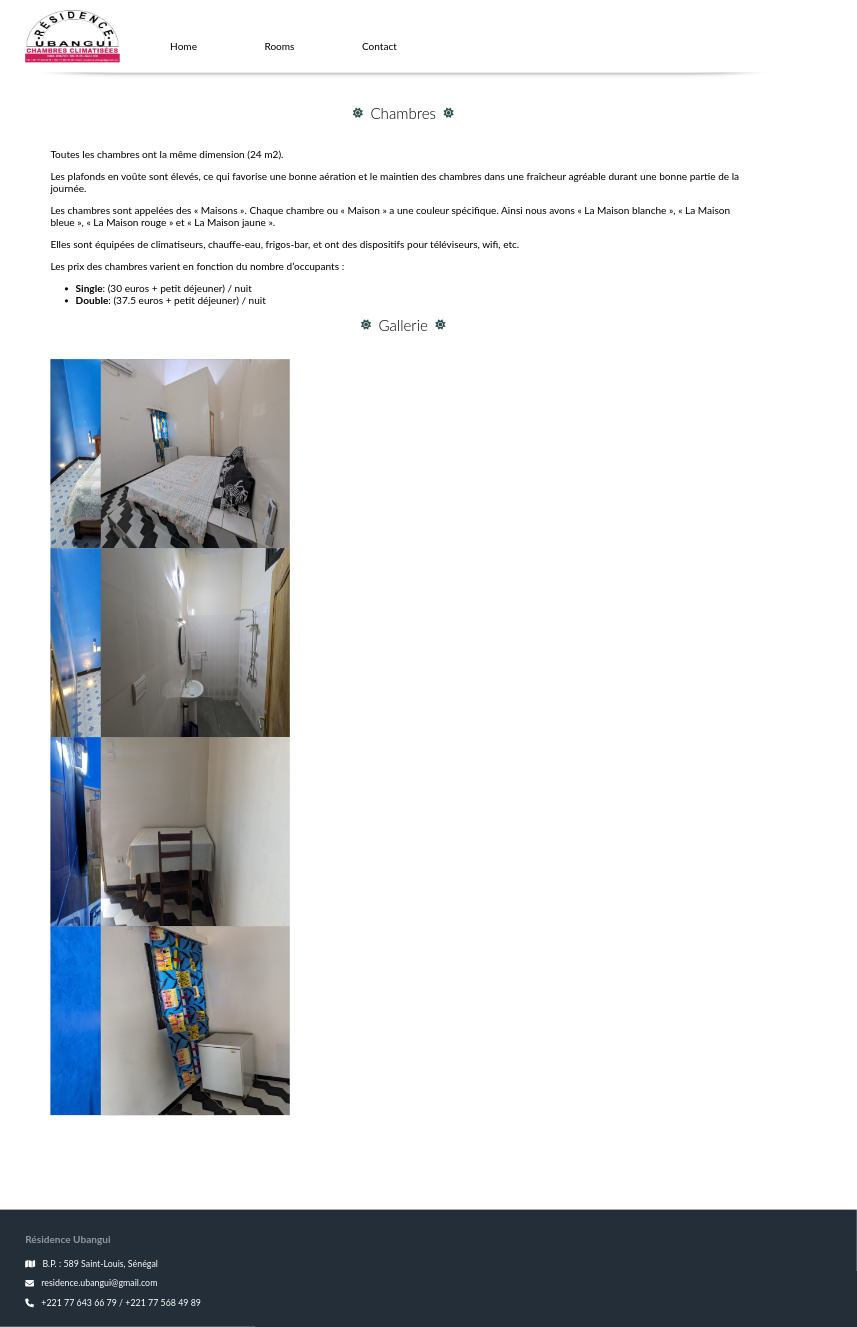
Repository: Nedjim/ubangui
Page: /rooms
An editor plug-in stored every save of this project. The page is shown before and after the next save, followed by the edit.
The browser window is 1280 px wide. The page is 1360 px wide, so the pictures cover 1360 px, including what lies to the right of the window. The pictures show the whole page, at 63% of full size.
The project was rebuilt for these pictures with package versions that can differ from the ones it lists, and the page was loaded fresh each time. The framework's server and built-in components were replaced by stand-ins that run in the browser. Also part of the build but not shown: nuxt.config.ts, components/Carousel.vue, components/Test.vue, components/Title.vue.

Above is the page before, as saved 2024-01-14 14:06:31.

### components/Footer.vue
<script setup lang="ts">
const address = "B.P. : 589 Saint-Louis, Sénégal";
const mail = "residence.ubangui@gmail.com";
const phone_number = "+221 77 643 66 79 / +221 77 568 49 89";
</script>

<template>
  <div>
    <footer>
      <h4>Résidence Ubangui</h4>

      <div class="contact">
        <p>
          <font-awesome-icon class="icon" icon="fa-solid fa-map" />
          {{ address }}
        </p>
        <p>
          <font-awesome-icon class="icon" icon="fa-solid fa-envelope" />

          {{ mail }}
        </p>
        <p>
          <font-awesome-icon class="icon" icon="fa-solid fa-phone" />
          {{ phone_number }}
        </p>
      </div>
    </footer>
  </div>
</template>

<style scoped lang="scss">
footer {
  width: 100%;
  padding: 16px 40px;
  margin-top: 80px;
  background: #232e39;
  color: rgba(255, 255, 255, 0.5);

  .contact {
    color: white;
    font-size: 14px;

    .icon {
      margin-right: 8px;
    }
  }
}
</style>

### components/Header.vue
<template>
  <header>
    <nav>
      <img class="logo" src="~/assets/img/logo.jpg" alt="logo-ubangui" />
      <ul>
        <li><NuxtLink to="/home">Home</NuxtLink></li>
        <li><NuxtLink to="/rooms">Rooms</NuxtLink></li>
        <li><NuxtLink to="/contact">Contact</NuxtLink></li>
      </ul>
    </nav>
  </header>
</template>

<style scoped lang="scss">
.logo {
  width: 150px;
}

header {
  padding: 16px 40px;
}

nav {
  display: flex;
  ul {
    width: 30%;
    display: flex;
    justify-content: space-between;
    align-items: flex-end;
    margin-left: 40px;
    li {
      list-style-type: none;
      a {
        text-decoration: none;
        color: black;
      }
    }
  }
}
</style>

### components/PageTitle.vue
<script setup lang="ts">
const {title} = defineProps<{
  title: string
}>()
</script>

<template>
  <div class="title-wrapper">
    <font-awesome-icon class="icon" icon="fa-solid fa-sun" />
    <h2>{{ title }}</h2>
    <font-awesome-icon class="icon" icon="fa-solid fa-sun" />
  </div>
</template>

<style scoped lang="scss">

.title-wrapper {
  display: flex;
  justify-content: center;
  align-items: center;

  h2 {
    margin: 0 12px;
  }
}
.icon {
  color: darkslategray;
}
</style>

### components/Separator.vue
<template>
    <div>
        <div class="separator"></div>
    </div>
</template>

<style scoped lang="scss">
.separator {
  overflow: hidden;
  height: 20px;
}

.separator:after {
  content: '';
  display: block;
  width: 90%;
  height: 30px;
  margin: -30px auto 0;
  border-radius: 120px / 10px;
  box-shadow: 0px 0px 8px rgba(0,0,0,.6);
}
</style>

### plugins/fontawesome.js
import { library, config } from '@fortawesome/fontawesome-svg-core'
import { FontAwesomeIcon } from '@fortawesome/vue-fontawesome'
import { fas } from '@fortawesome/free-solid-svg-icons'

// This is important, we are going to let Nuxt worry about the CSS
config.autoAddCss = false

// You can add your icons directly in this plugin. See other examples for how you
// can add other styles or just individual icons.
library.add(fas)

export default defineNuxtPlugin((nuxtApp) => {
  nuxtApp.vueApp.component('font-awesome-icon', FontAwesomeIcon, {})
})

### app.vue
<script setup lang="ts">
useHead({
  title: "Residence Ubangui",
  meta: [{ name: "Residence Ubangui", content: "Sénégal" }],
  bodyAttrs: {
    class: "test",
  },
});
</script>
<template>
  <div>
    <Header />
    <Separator />
    <NuxtPage />
    <Footer />
  </div>
</template>

<style lang="scss">
body {
  font-family: Lato,sans-serif;
  margin: 0;

  h2 {
    font-weight: 300;
  }
}
</style>

### pages/rooms.vue
<script setup lang="ts">
const conversion_cfa_euros = 0.0015;
const room_single_cfa = 20000;
const room_double_cfa = 25000;
const room_single_euros = `${room_single_cfa * conversion_cfa_euros} euros`;
const room_double_euros = `${room_double_cfa * conversion_cfa_euros} euros`;

const rooms_paragraph_1 = "Toutes les chambres ont la même dimension (24 m2).";
const rooms_paragraph_2 =
  "Les plafonds en voûte sont élevés, ce qui favorise une bonne aération et le maintien des chambres dans une fraîcheur agréable durant une bonne partie de la journée.";
const rooms_paragraph_3 =
  "Les chambres sont appelées des « Maisons ». Chaque chambre ou « Maison » a une couleur spécifique. Ainsi nous avons « La  Maison blanche », « La Maison bleue », « La Maison rouge » et « La Maison jaune ».";
const rooms_paragraph_4 =
  "Elles sont équipées de climatiseurs, chauffe-eau, frigos-bar,  et ont des dispositifs  pour téléviseurs, wifi, etc.";
const rooms_paragraph_5 =
  "Les prix des chambres varient en fonction du nombre  d’occupants :";

const room_single_title = "Single";
const room_single_details = `(${room_single_euros} + petit déjeuner) / nuit`;
const room_double_title = "Double";
const room_double_details = `(${room_double_euros} + petit déjeuner) / nuit`;
</script>

<template>
  <div class="rooms-wrapper">
    <PageTitle title="Chambres" />
    <div class="content">
      <p>{{ rooms_paragraph_1 }}</p>
      <p>{{ rooms_paragraph_2 }}</p>
      <p>{{ rooms_paragraph_3 }}</p>
      <p>{{ rooms_paragraph_4 }}</p>
      <p>{{ rooms_paragraph_5 }}</p>

      <ul>
        <li>
          <span class="room_title">{{ room_single_title }}</span
          >: {{ room_single_details }}
        </li>
        <li>
          <span class="room_title">{{ room_double_title }}</span
          >: {{ room_double_details }}
        </li>
      </ul>

      <PageTitle title="Gallerie" />
      <div class="gallery">
        <img src="~/assets/img/room-blue-bed-1.jpg" alt="room-blue-bed-1" />
        <img src="~/assets/img/room-blue-bed-2.jpg" alt="room-blue-bed-2" />
        <img
          src="~/assets/img/room-blue-bathroom.jpg"
          alt="room-blue-bathroom"
        />
        <img src="~/assets/img/room-blue-desk.jpg" alt="room-blue-desk" />
        <img src="~/assets/img/room-white-bed.jpg" alt="room-white-bed" />
        <img
          src="~/assets/img/room-white-bathroom.jpg"
          alt="room-white-bathroom"
        />
        <img src="~/assets/img/room-white-desk.jpg" alt="room-white-desk" />
        <img src="~/assets/img/room-white-fridge.jpg" alt="room-white-fridge" />
      </div>
    </div>
  </div>
</template>

<style scoped lang="scss">
.rooms-wrapper {
  padding: 30px 80px;

  .content {
    margin: 40px 0;

    .room_title {
      font-weight: bold;
    }

    .gallery {
      display: grid;
      grid: repeat(4, 25%) / auto-flow 80px;
      margin-top: 40px;

      img {
        width: 300px;
        height: 300px;
      }
    }
  }
}
</style>

After the next save:
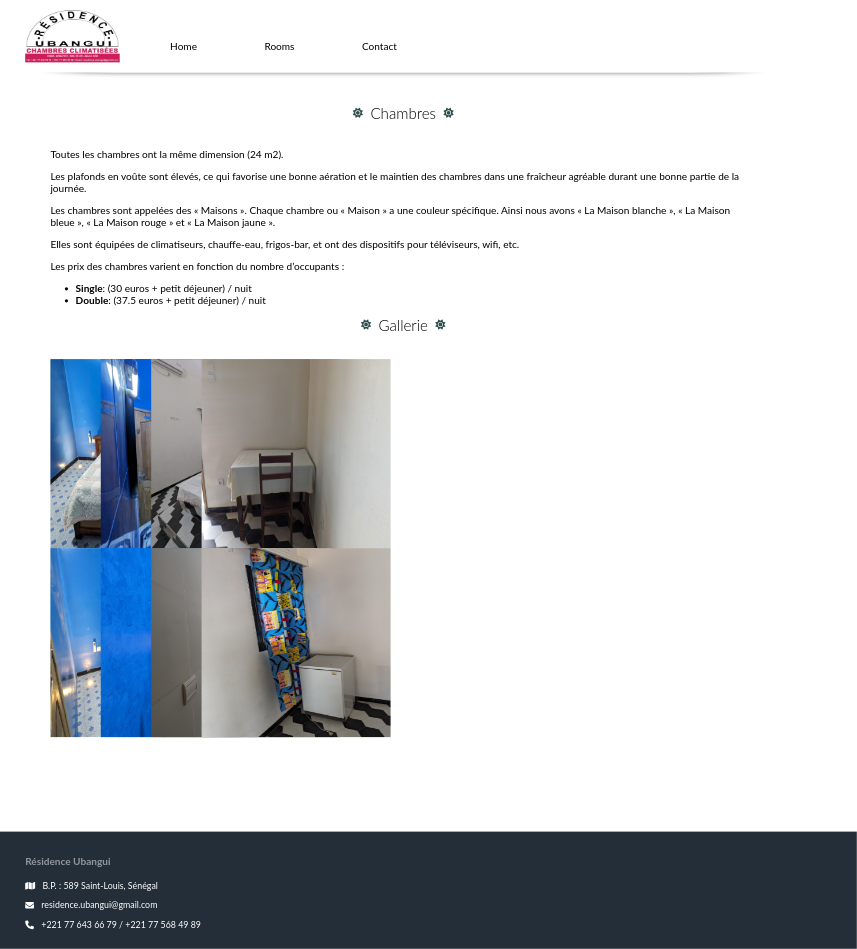
Saved 14 s later.
--- a/pages/rooms.vue
+++ b/pages/rooms.vue
@@ -76,7 +76,7 @@
 
     .gallery {
       display: grid;
-      grid: repeat(4, 25%) / auto-flow 80px;
+      grid: repeat(2, 50%) / auto-flow 80px;
       margin-top: 40px;
 
       img {
